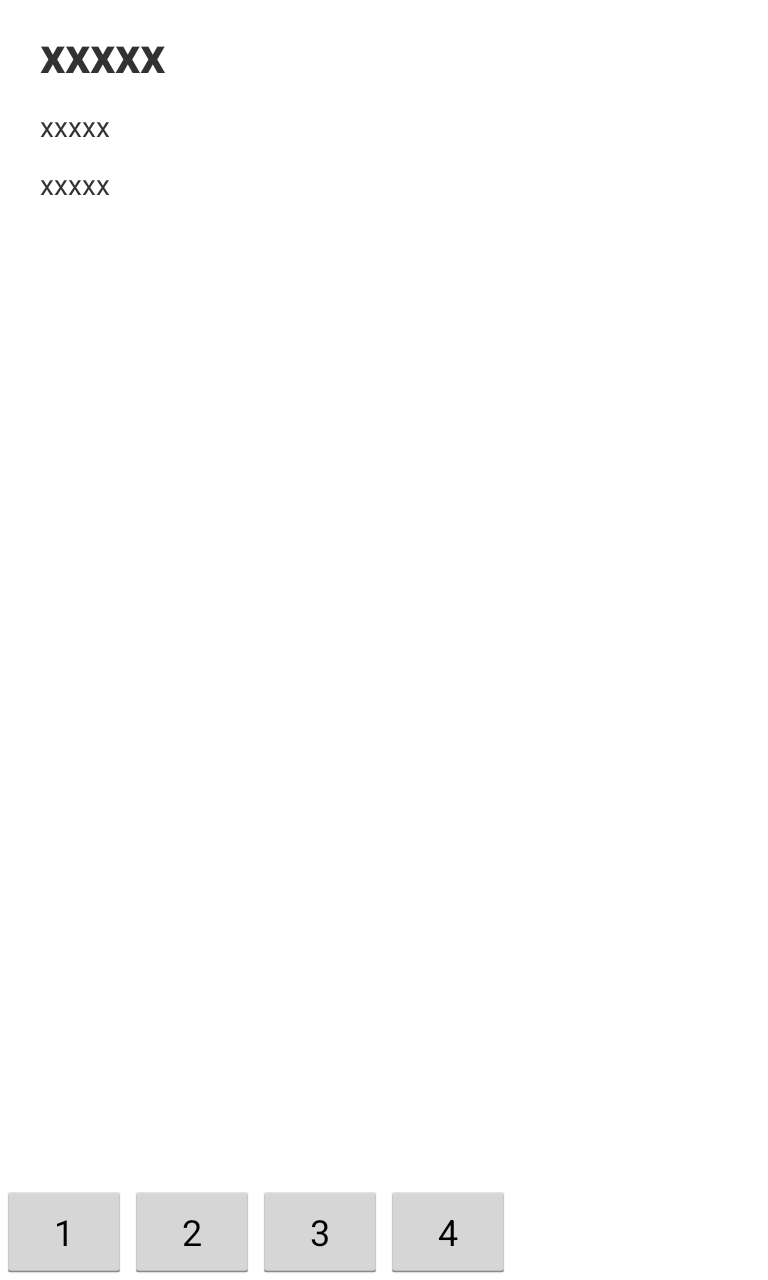
Repository: SettawutSomboon/SouthNationalPark
Layout: SouthNationalParkTravel/SouthNationalPark/res/layout/test.xml
These files come from the project's save history. The layout is drawn as it stood at one moment and after the next save; the edit follows.
It is drawn on a 768 x 1280 px phone screen (xhdpi) without system bars, with theme AppTheme; the app's code is not run.

Above is the layout before, as saved 2015-02-28 07:34:45.

### SouthNationalParkTravel/SouthNationalPark/res/layout/test.xml
<?xml version="1.0" encoding="utf-8"?>
<RelativeLayout xmlns:android="http://schemas.android.com/apk/res/android"
    android:layout_width="match_parent"
    android:layout_height="match_parent"
    android:orientation="vertical" >

    <ScrollView
        android:id="@+id/sv_step1_purchase"
        android:layout_width="match_parent"
        android:layout_height="wrap_content"
        android:layout_marginBottom="30dp"
        android:paddingBottom="10dp"
        android:paddingLeft="10dp"
        android:paddingRight="10dp" >

        <LinearLayout
            android:id="@+id/rl_easyfund_step1_purchase_wrap_content"
            android:layout_width="match_parent"
            android:layout_height="wrap_content"
            android:layout_marginTop="10dp"
            android:orientation="vertical"
            android:paddingBottom="10dp"
            android:paddingLeft="10dp"
            android:paddingRight="10dp" >

            <TextView
                android:id="@+id/txt_parkname"
                android:layout_width="wrap_content"
                android:layout_height="wrap_content"
                android:text="xxxxx"
                android:textSize="25dp"
                android:textStyle="bold" />

            <TextView
                android:id="@+id/txt_general"
                android:layout_width="wrap_content"
                android:layout_height="wrap_content"
                android:layout_marginTop="10dp"
                android:text="xxxxx" />

            <TextView
                android:id="@+id/txt_topography"
                android:layout_width="wrap_content"
                android:layout_height="wrap_content"
                android:layout_marginTop="10dp"
                android:text="xxxxx" />
        </LinearLayout>
    </ScrollView>

    <LinearLayout
        android:layout_width="match_parent"
        android:layout_height="wrap_content"
        android:layout_alignParentBottom="true"
        android:layout_centerHorizontal="true"
        android:layout_marginTop="10dp"
        android:orientation="horizontal" >

        <Button
            android:layout_width="wrap_content"
            android:layout_height="wrap_content"
            android:layout_gravity="bottom"
            android:text="1" />
        <Button
            android:layout_width="wrap_content"
            android:layout_height="wrap_content"
            android:layout_gravity="bottom"
            android:text="2" />
        <Button
            android:layout_width="wrap_content"
            android:layout_height="wrap_content"
            android:layout_gravity="bottom"
            android:text="3" />

        <Button
            android:layout_width="wrap_content"
            android:layout_height="wrap_content"
            android:layout_gravity="bottom"
            android:text="4" />
    </LinearLayout>

</RelativeLayout>

Loaded but not shown: SouthNationalParkTravel/SouthNationalPark/res/values/styles.xml (common file); SouthNationalParkTravel/SouthNationalPark/res/values-v11/styles.xml (common file); SouthNationalParkTravel/SouthNationalPark/res/values-v14/styles.xml (common file)

After the next save:
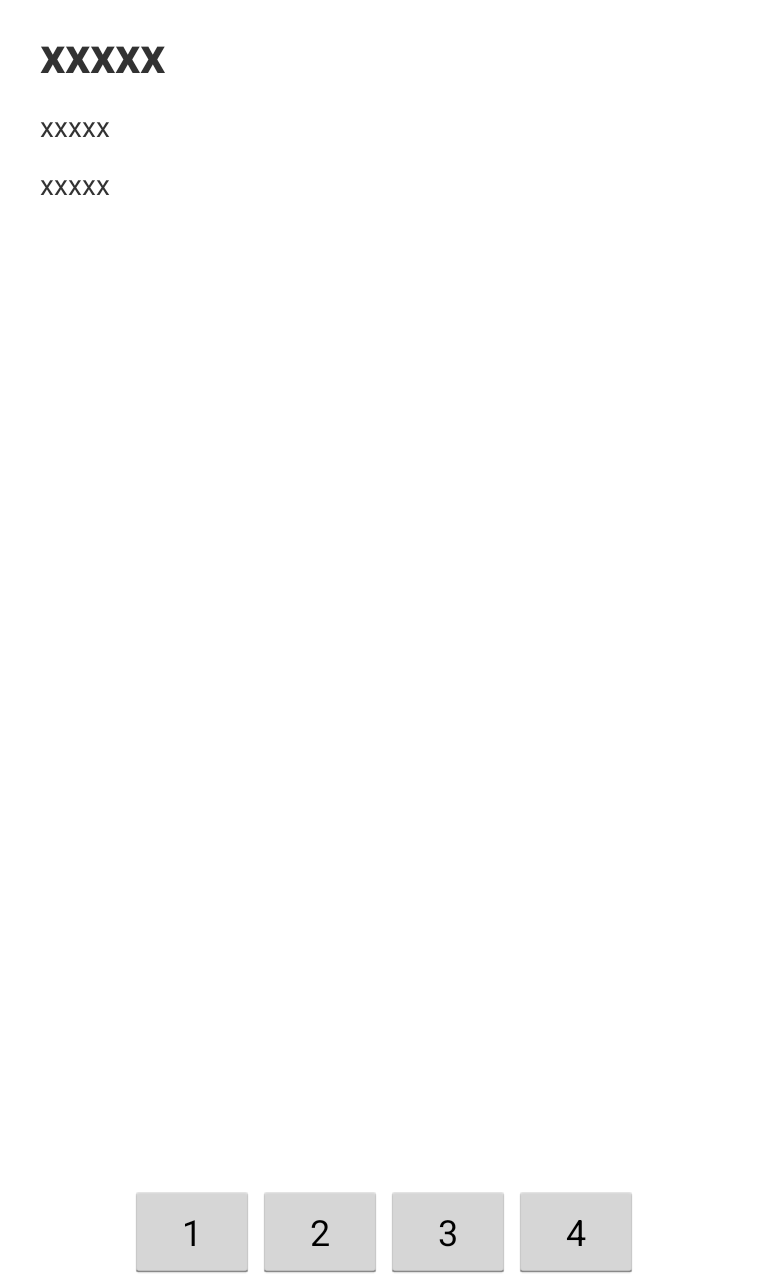
Saved 67 s later.
--- a/SouthNationalParkTravel/SouthNationalPark/res/layout/test.xml
+++ b/SouthNationalParkTravel/SouthNationalPark/res/layout/test.xml
@@ -51,7 +51,7 @@
         android:layout_width="match_parent"
         android:layout_height="wrap_content"
         android:layout_alignParentBottom="true"
-        android:layout_centerHorizontal="true"
+        android:gravity="center"
         android:layout_marginTop="10dp"
         android:orientation="horizontal" >
 
